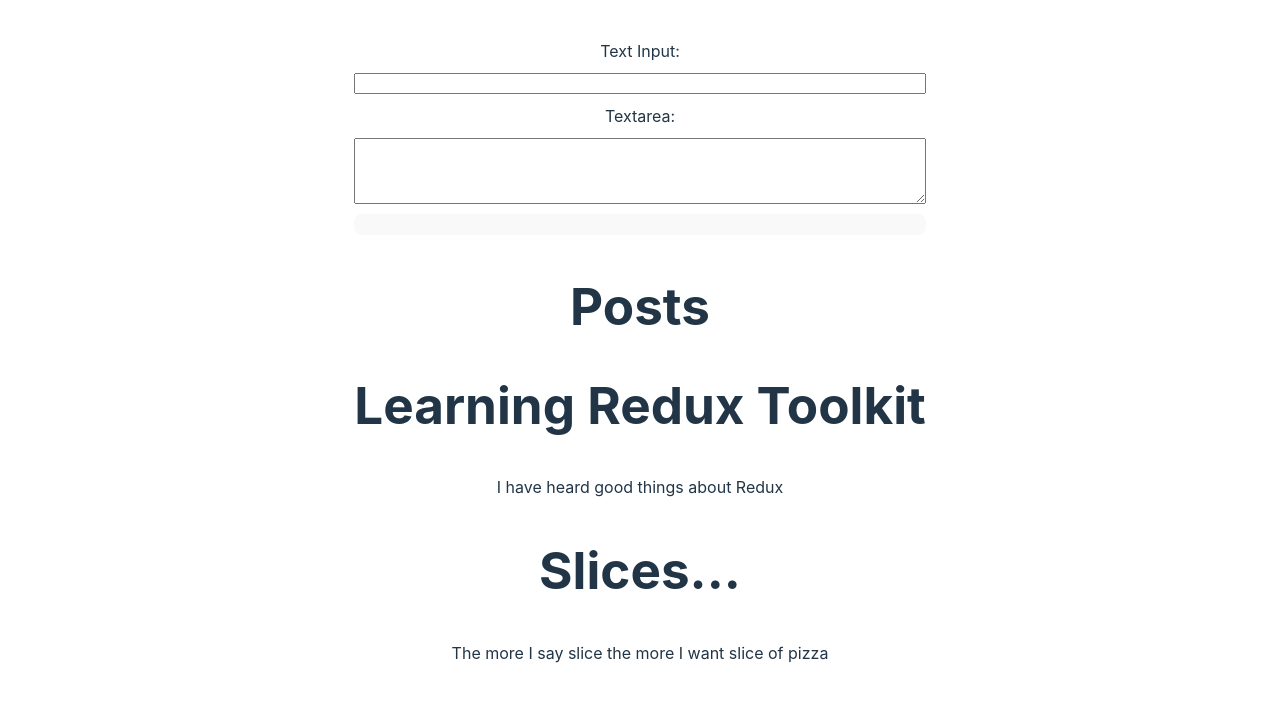
Repository: Nurlan-Bakenbaev/lesson2Redux-toolkit
Page: /
These files come from the project's save history. The page is drawn as it stood at one moment and after a run of saves; the edit follows.
The browser window is 1280 px wide. The pictures show the whole page.
The project was rebuilt for these pictures with package versions that can differ from the ones it lists, and the page was loaded fresh each time. Also part of the build but not shown: vite.config.js.

Above is the page before, as saved 2023-11-04 16:33:52.

After the next 2 saves:
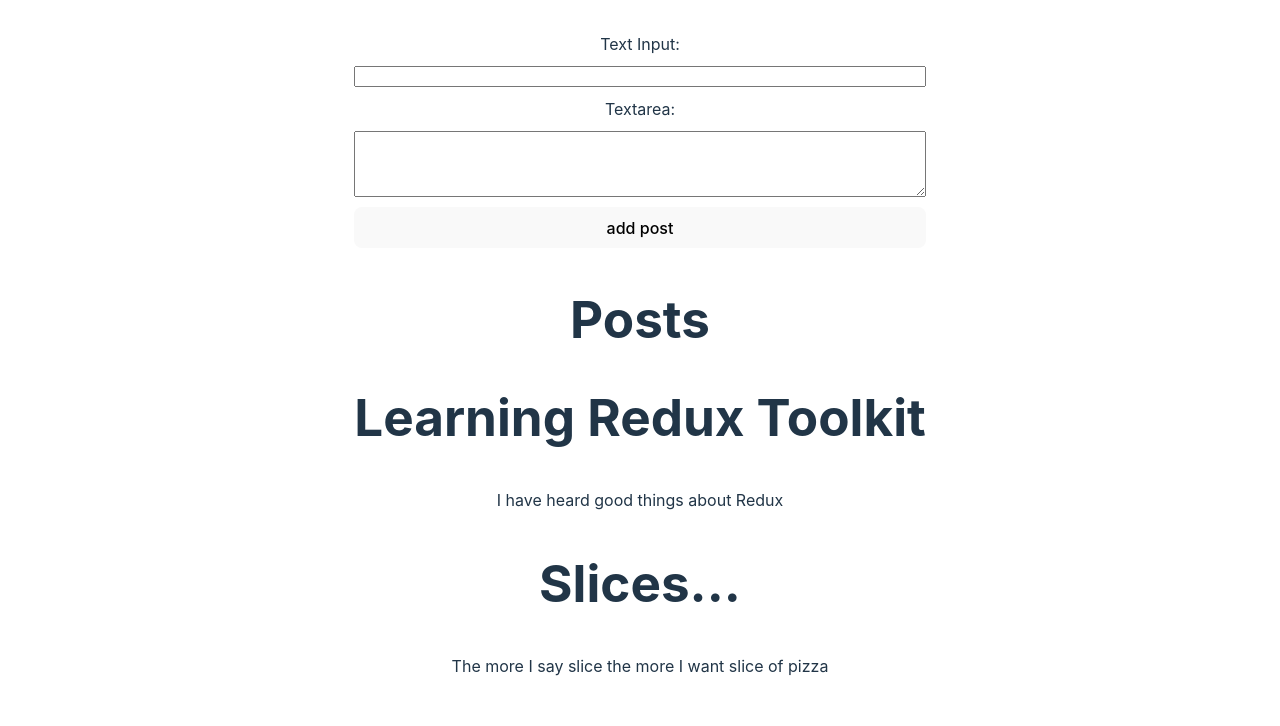
The 2 saves are shown as one change because they came seconds apart.
The last was saved 39 s later.
--- a/src/redux/features/posts/Addposts.jsx
+++ b/src/redux/features/posts/Addposts.jsx
@@ -44,7 +44,7 @@
         name="content"
         onChange={handleInputChange}
       ></textarea>
-      <button type="button" onClick={onSavePostClicked}></button>
+      <button type="button" onClick={onSavePostClicked}>add post</button>
     </form>
   );
 };
